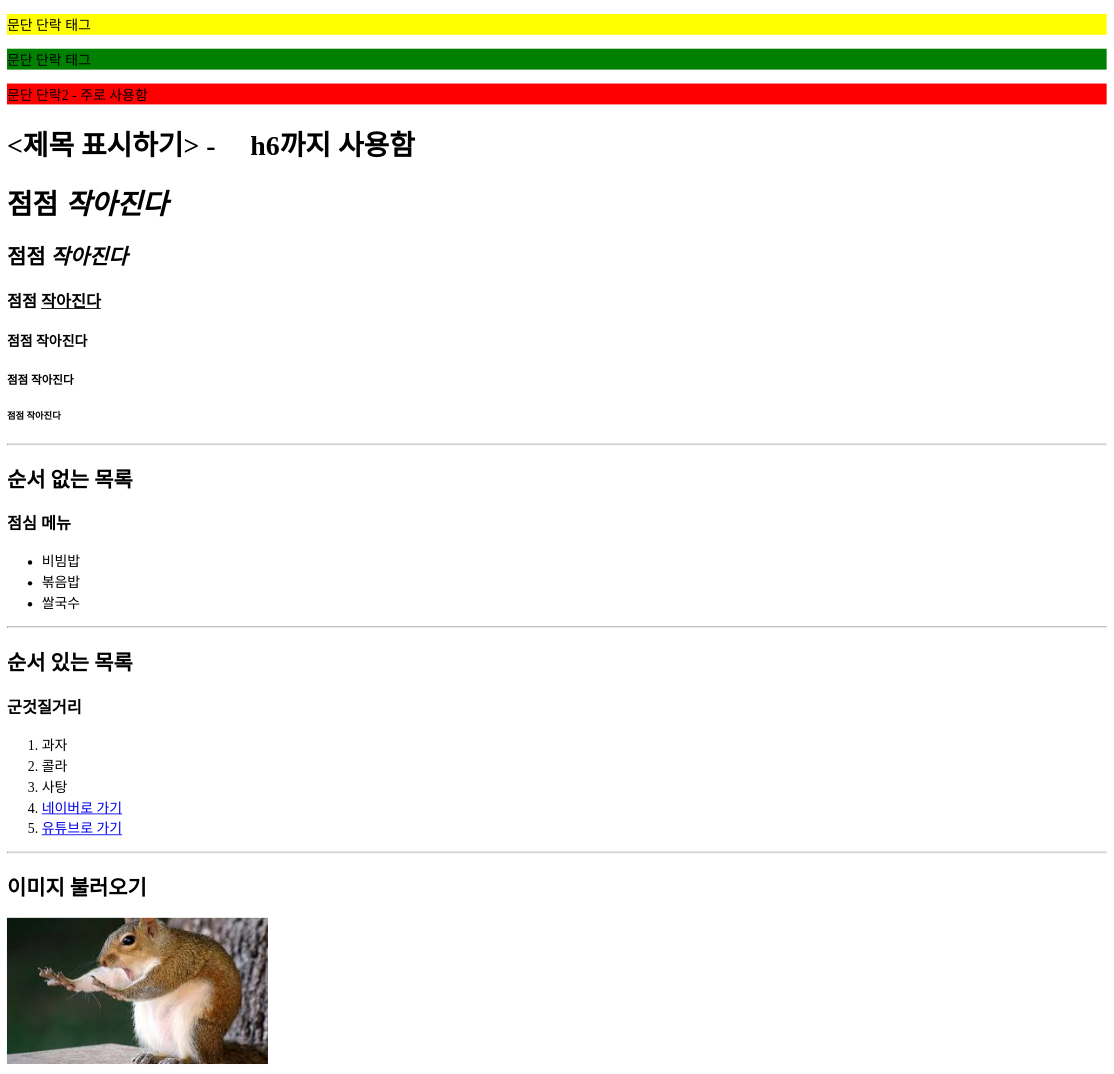
Repository: hsaar/jsworkplace
Page: http://localhost/testjsp/html/test01.jsp
The author's editor kept a copy of each file at every save. The page is drawn from the files as they stood at one save, then again after the next save.
The browser window is 1280 px wide. The pictures show the whole page, at 87% of full size.
The page is served by Tomcat 9.

Above is the page before, as saved 2025-08-19 03:43:09.

After the next save:
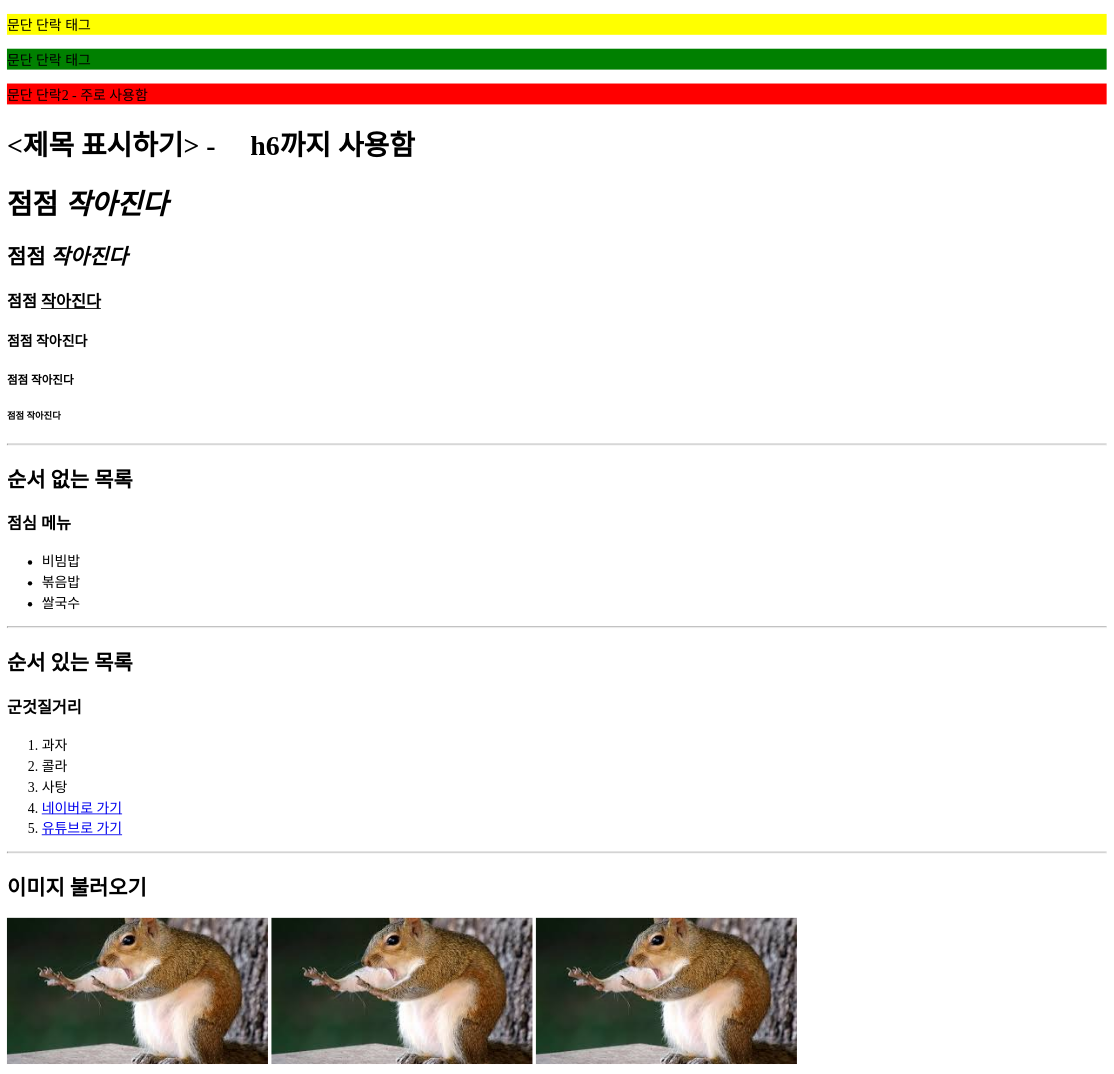
Saved 2 min 13 s later.
--- a/testjsp/src/main/webapp/html/test01.jsp
+++ b/testjsp/src/main/webapp/html/test01.jsp
@@ -47,6 +47,8 @@
 	<div>
 		<h2>이미지 불러오기</h2>
 		<img src = "../image/ramjii.jpg">
+		<img src = "../image/ramjii.jpg">
+		<img src = "../image/ramjii.jpg">
 
 	</div>
 
